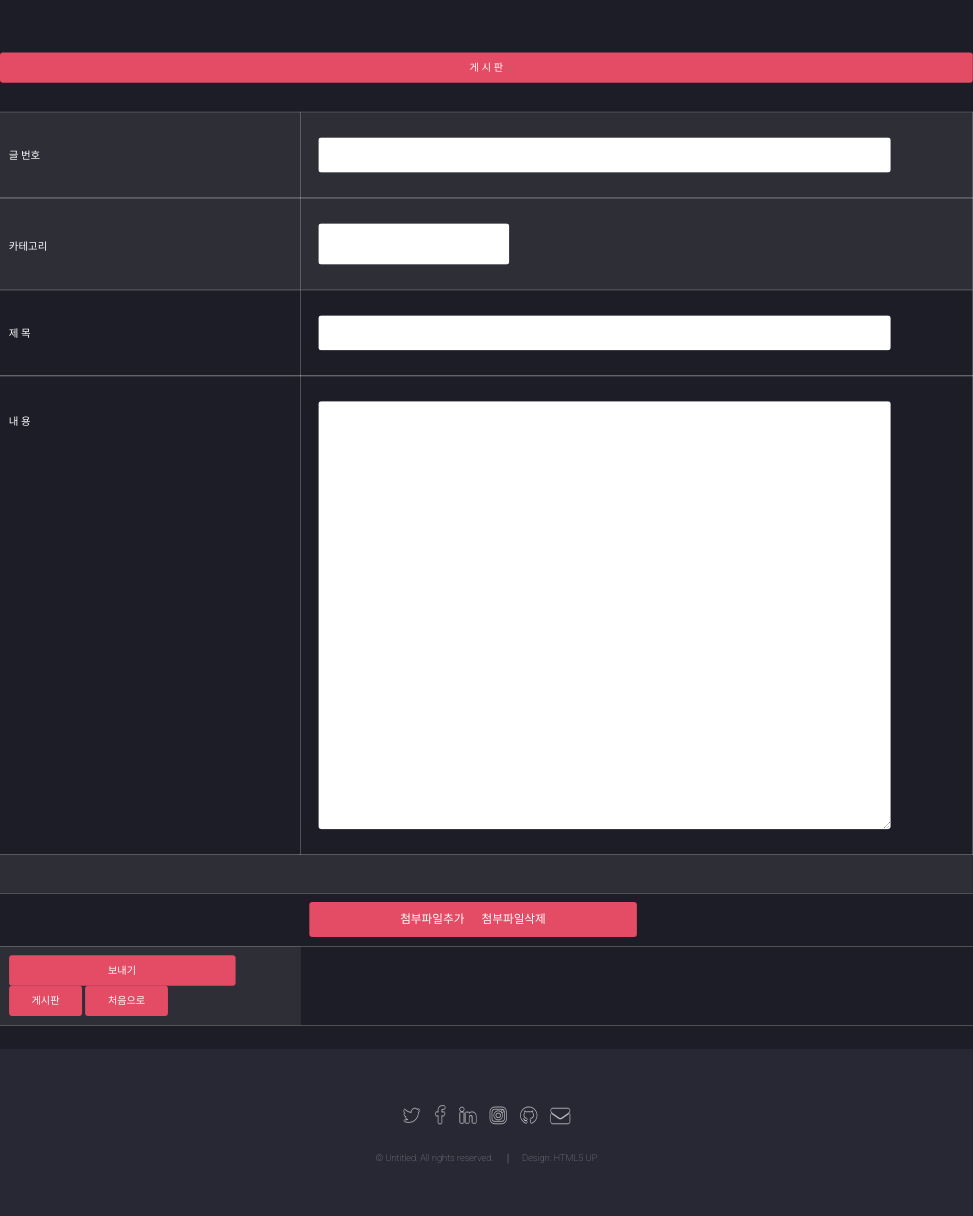
Repository: worMholEamkim/SpringEX
Page: http://localhost/bbs/bbsupdate.do
These files come from the project's save history. The page is drawn as it stood at one moment and after the next save; the edit follows.
The browser window is 1280 px wide. The pictures show the whole page, at 76% of full size.
The page is served by Tomcat 9. Queries for data that is not in the repository find no rows.

Above is the page before, as saved 2019-03-18 05:24:50.

After the next save:
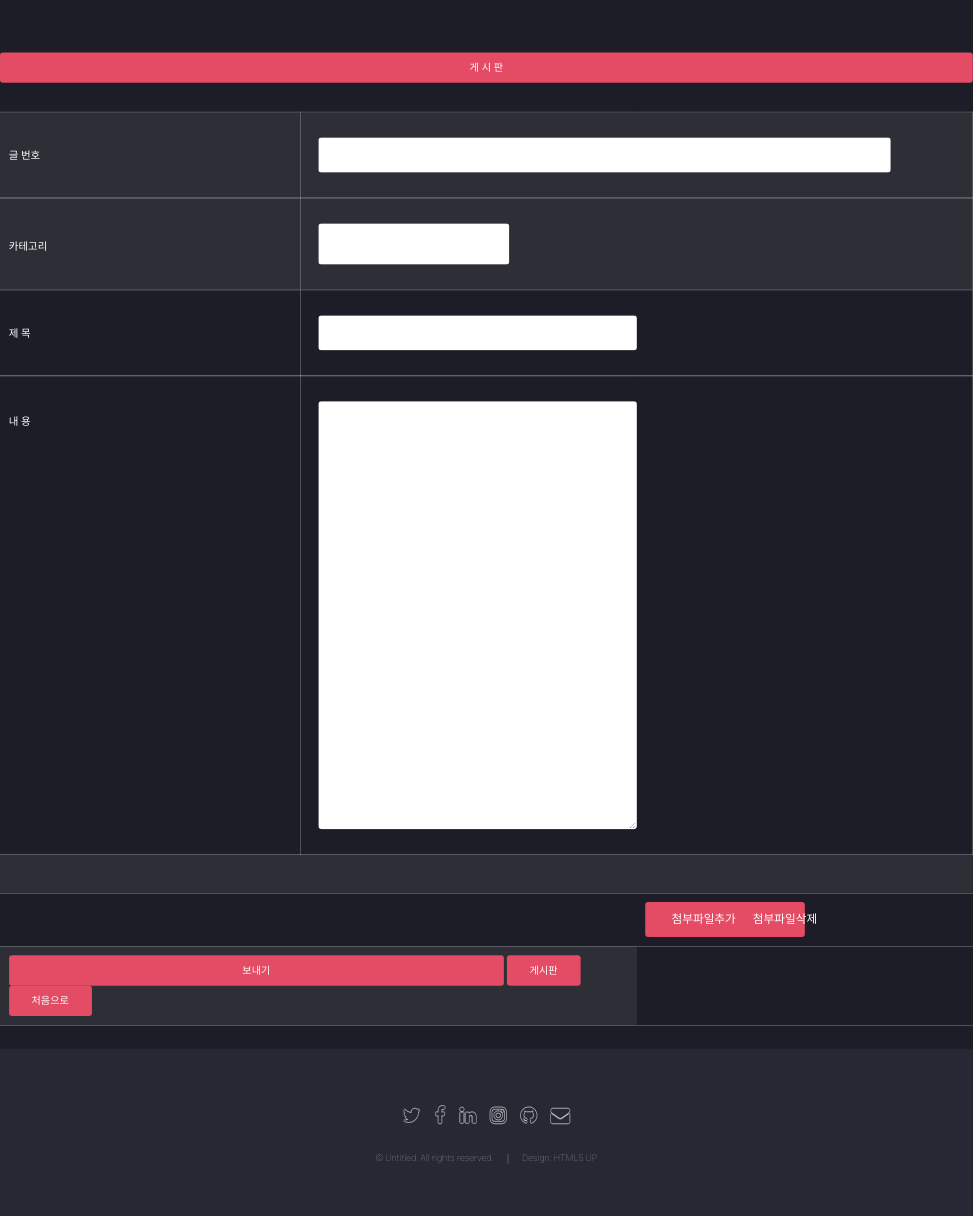
Saved 20 s later.
--- a/JSP_WepPage_Server-master.zip_expanded/JSP_WepPage_Server-master/bbs/WebContent/WEB-INF/bbsupdate.jsp
+++ b/JSP_WepPage_Server-master.zip_expanded/JSP_WepPage_Server-master/bbs/WebContent/WEB-INF/bbsupdate.jsp
@@ -115,15 +115,15 @@
 					</tr>
 					<tr>
 						<td><h5>제 목</h5></td>
-						<td colspan="4"  class="box"><input name="title" type="text" value="${bbsUpdate.bbsTitle}"
-							style="width: 90%; padding: 12px 20px; margin: 10px 0px; background-color: white; box-sizing: border-box; border-radius: 4px;
+						<td colspan="2"  class="box"><input name="title" type="text" value="${bbsUpdate.bbsTitle}"
+							style="width: 50%; padding: 12px 20px; margin: 10px 0px; background-color: white; box-sizing: border-box; border-radius: 4px;
 	    border: solid 1px rgba(255, 255, 255, 0.3);">
 						</td>
 					<tr>
 					<tr>
 						<td><h5>내 용</h5></td>
-						<td colspan="4" class="box"><textarea name="content" rows="20" cols="80"
-								style="width: 90%; padding: 12px 20px; margin: 10px 0px; background-color: white; box-sizing: border-box; border-radius: 4px;
+						<td colspan="2" class="box"><textarea name="content" rows="20" cols="80"
+								style="width: 50%; padding: 12px 20px; margin: 10px 0px; background-color: white; box-sizing: border-box; border-radius: 4px;
 	    border: solid 1px rgba(255, 255, 255, 0.3);;">
 								${bbsUpdate.bbsContent}</textarea>
 						</td>
